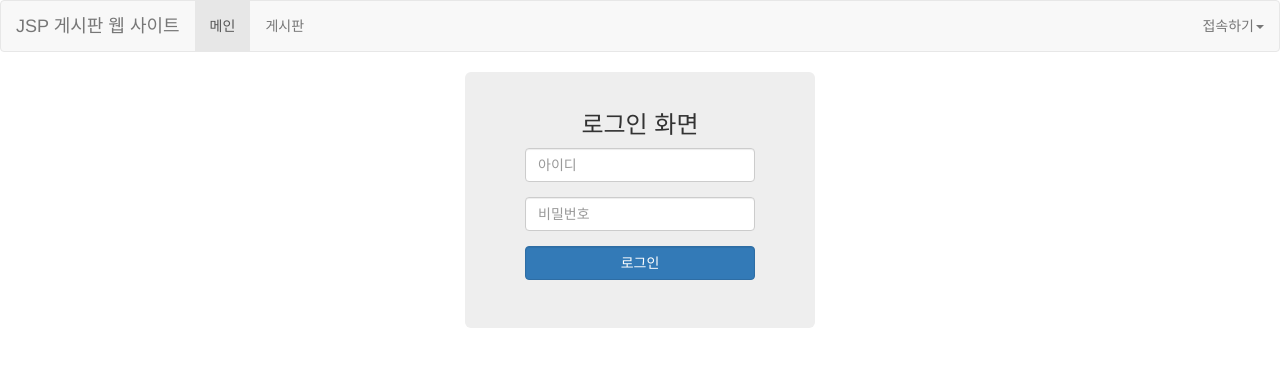
Repository: E-SeongMin/Bulletin-Board-System
Page: http://localhost/BBS_Project/BBS_Content/bbs.jsp
The author's editor kept a copy of each file at every save. The page is drawn from the files as they stood at one save, then again after the next save.
The browser window is 1280 px wide. The pictures show the whole page.
Some web libraries are served in a nearby version. The page is served by Tomcat 9.

Above is the page before, as saved 2021-05-19 10:27:52.

After the next save:
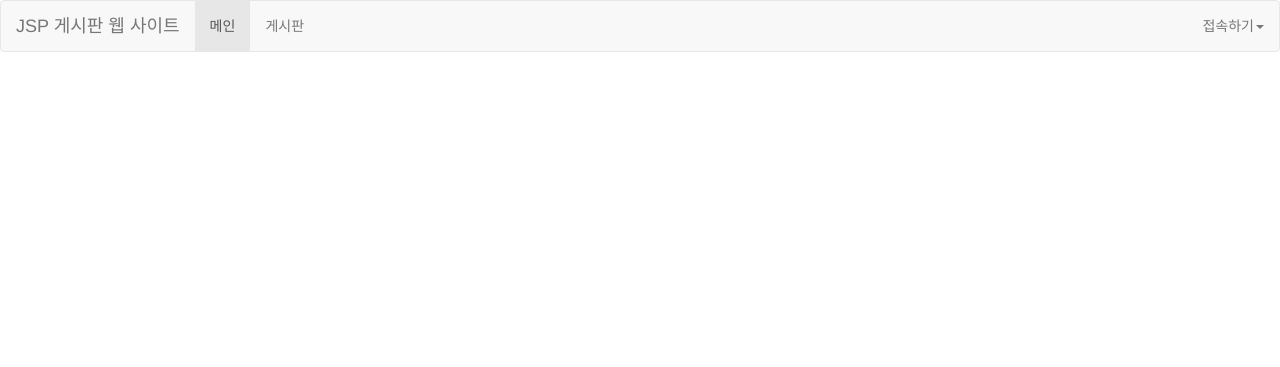
Saved 4 min 25 s later.
--- a/projects/BBS_Project/BBS_Content/bbs.jsp
+++ b/projects/BBS_Project/BBS_Content/bbs.jsp
@@ -64,24 +64,6 @@
 			%>
 		</div>
 	</nav>
-	<div class="container">
-		<div class="col-lg-4"></div>
-		<div class="col-lg-4">
-			<div class="jumbotron" style="padding-top: 20px;">
-				<form method="post" action="loginAction.jsp">
-					<h3 style="text-align: center;">로그인 화면</h3>
-					<div class="form-group">
-						<input type="text" class="form-control" placeholder="아이디" name="userID" maxlength="20">
-					</div>
-					<div class="form-group">
-						<input type="password" class="form-control" placeholder="비밀번호" name="userPassword" maxlength="20">
-					</div>
-					<input type="submit" class="btn-primary form-control" value="로그인">
-				</form>
-			</div>
-		</div>
-		<div class="col-lg-4"></div>
-	</div>
 	<script src="https://code.jquery.com/jquery-3.1.1.min.js"></script>
 	<script src="js/bootstrap.js"></script>
 </body>
